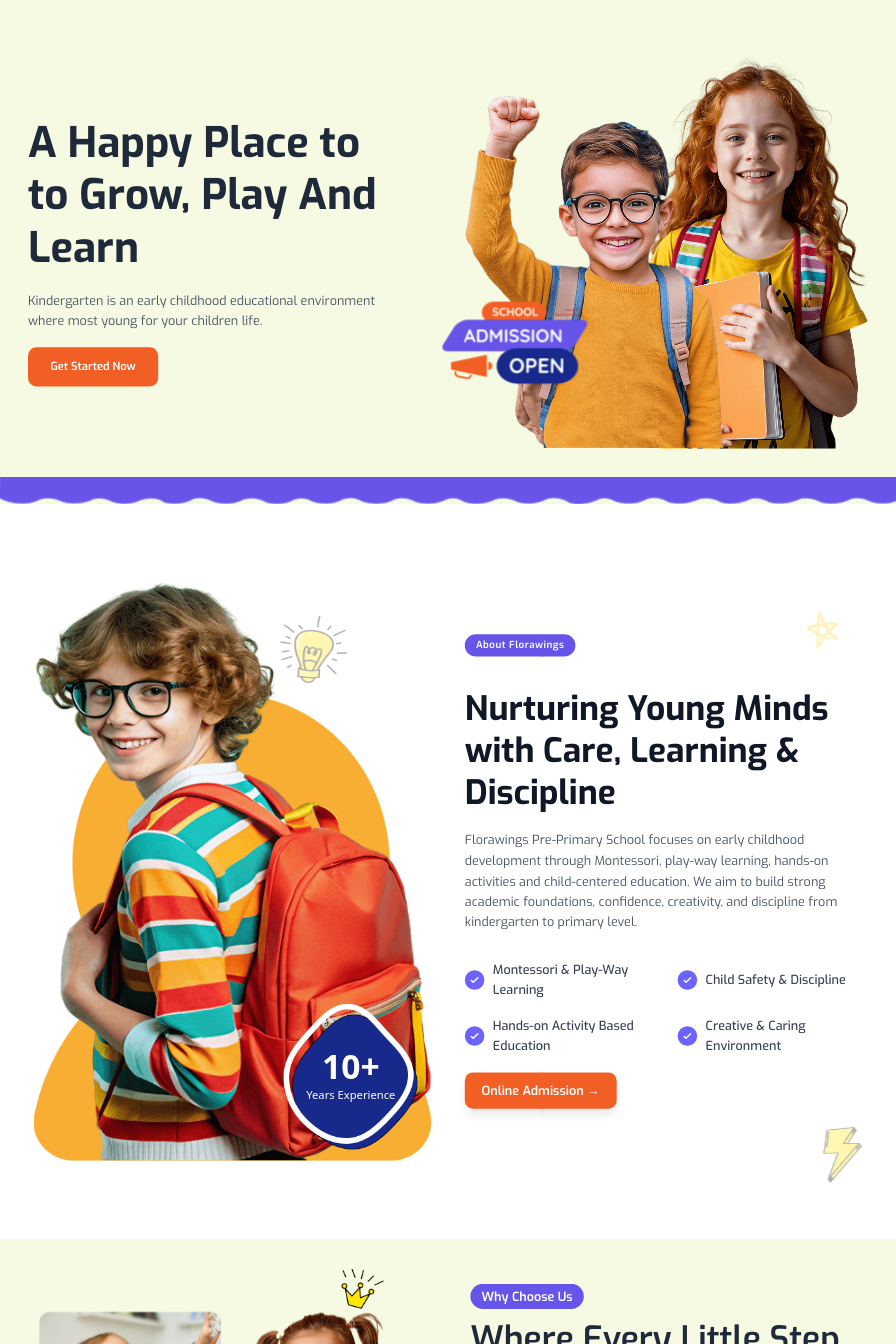
Repository: deepak445566/school
Page: / (app in okwork/)
These files come from the project's save history. The page is drawn as it stood at one moment and after the next save; the edit follows.
The browser window is 1280 px wide. The pictures show the part of the page from y = 0 to 1920 px (the page is 4844 px tall), at 70% of full size.
Some web fonts or font styles are not loaded; a fallback is used. The project was rebuilt for these pictures with package versions that can differ from the ones it lists, and the page was loaded fresh each time. Some packages were replaced by stand-ins written for this rebuild. Also part of the build but not shown: okwork/vite.config.js.

Above is the page before, as saved 2026-02-18 20:38:13.

After the next save:
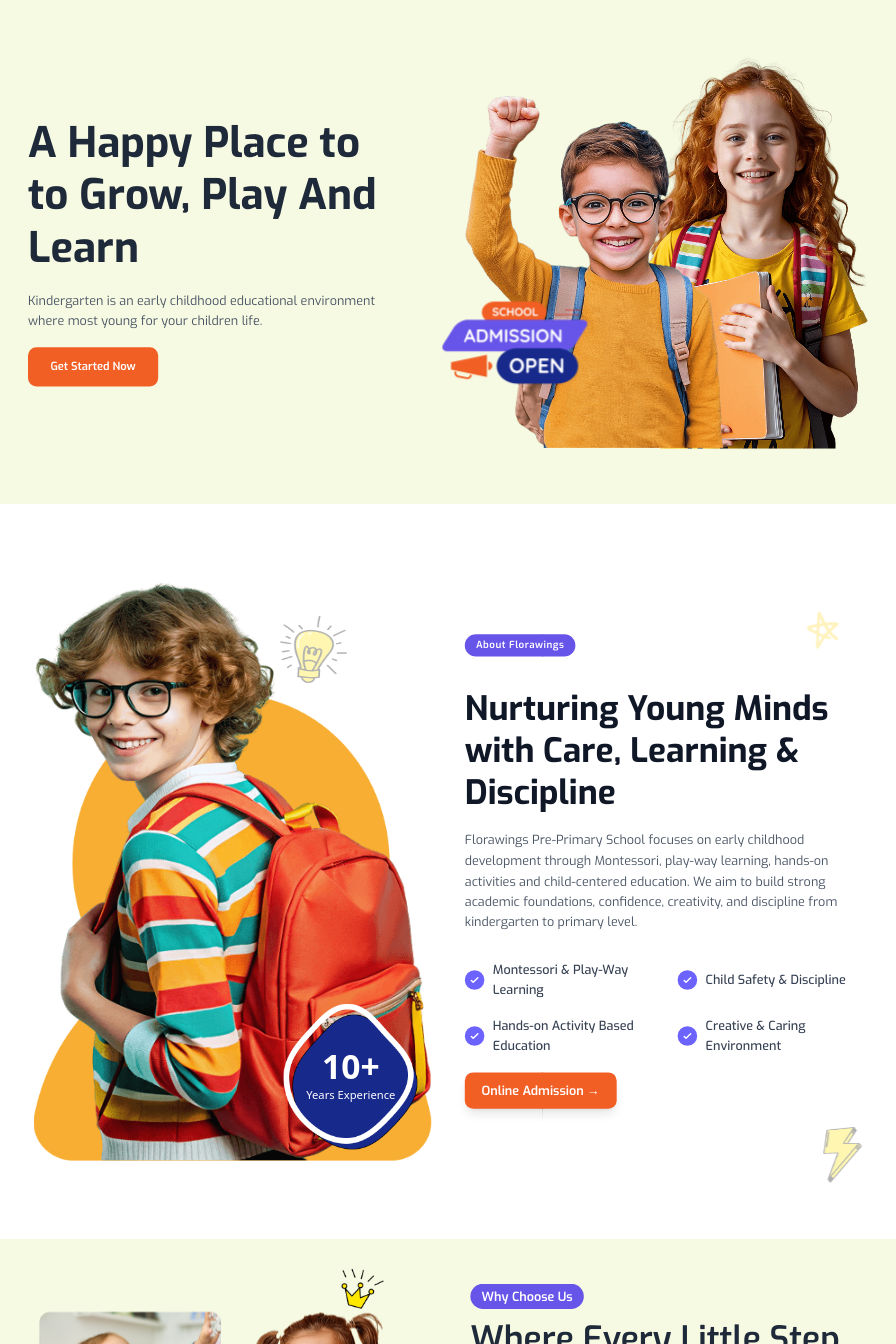
Saved 8 s later.
--- a/okwork/src/components/Home.jsx
+++ b/okwork/src/components/Home.jsx
@@ -57,9 +57,7 @@ most young for your children life.
         </div>
 
       </div>
-        <div className=" absolute bottom-0  z-1000">
-          <img src="/images/header1.png" className="w-full"/>
-        </div>
+
 
       {/* Add custom animation keyframes */}
        <style jsx>{`
